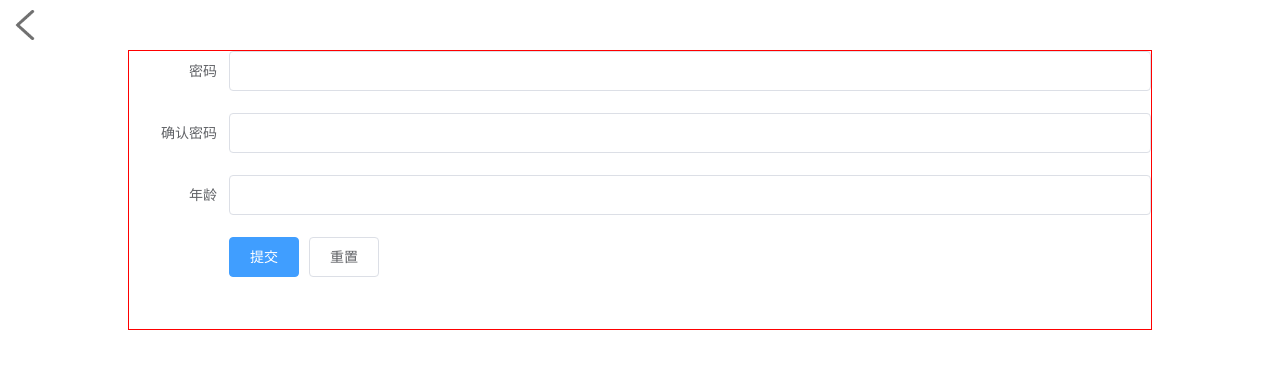
Repository: panlin520-team/lnmj-staffH5
Page: /#/forgetpassword
The author's editor kept a copy of each file at every save. The page is drawn from the files as they stood at one save, then again after the next save.
The browser window is 1280 px wide. The pictures show the whole page.
The project was rebuilt for these pictures with package versions that can differ from the ones it lists, and the page was loaded fresh each time. Also part of the build but not shown: src/views/Lojin.vue.

Above is the page before, as saved 2020-04-08 11:43:18.

After the next save:
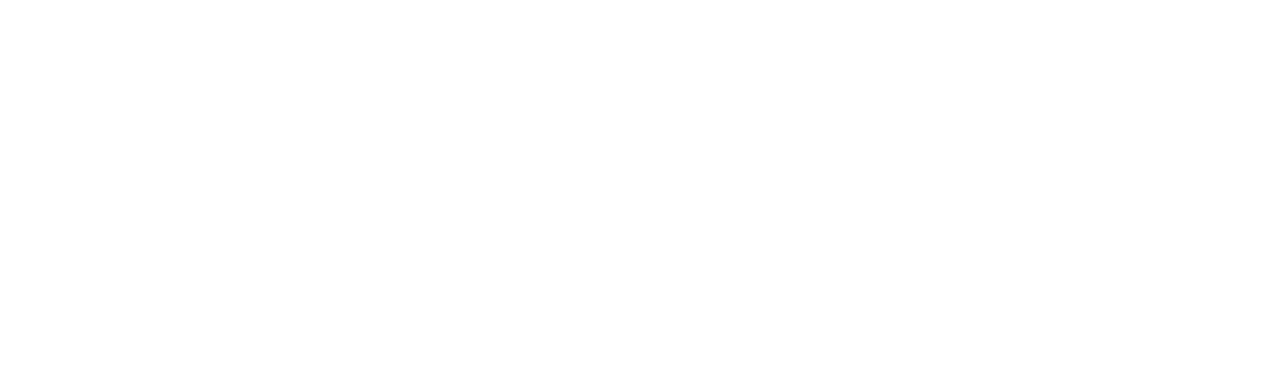
Saved 7 s later.
--- a/src/views/Forgetpassword.vue
+++ b/src/views/Forgetpassword.vue
@@ -47,7 +47,9 @@
       _this.$router.replace("/Lojin");
     },
     //修改密码数据
-    ruleForm: {},
+    ruleForm: {
+      pass
+    },
   }
 };
 </script>

After the save that followed:
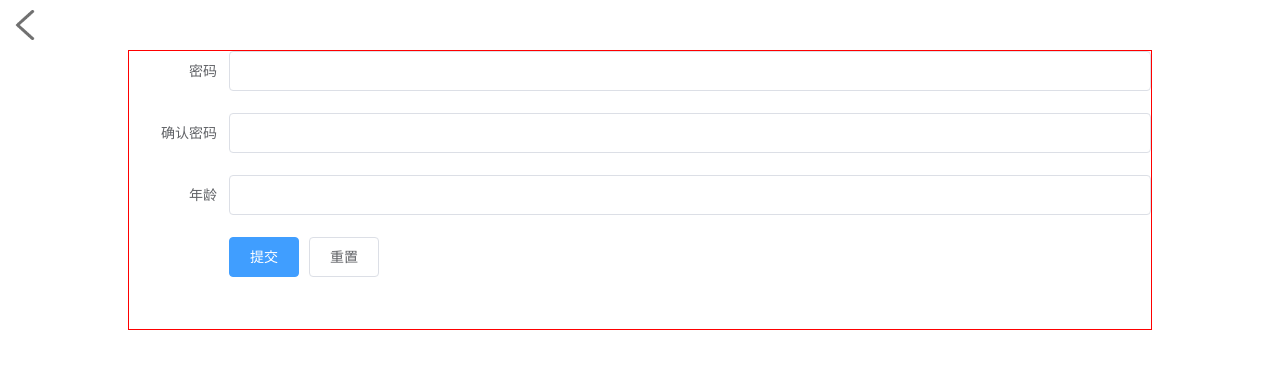
Saved 4 s later.
--- a/src/views/Forgetpassword.vue
+++ b/src/views/Forgetpassword.vue
@@ -48,7 +48,9 @@
     },
     //修改密码数据
     ruleForm: {
-      pass
+      pass: "",
+      pass: "",
+      pass: "",
     },
   }
 };
